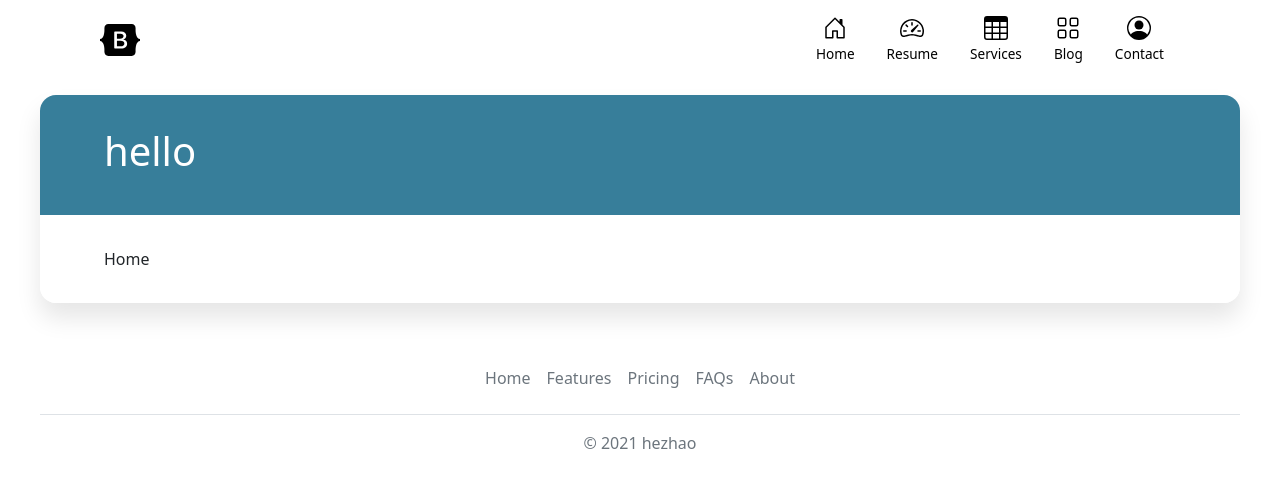
Repository: HeZhao-hugh/personal-web
Page: index.html
The author's editor kept a copy of each file at every save. The page is drawn from the files as they stood at one save, then again after the next save.
The browser window is 1280 px wide. The pictures show the whole page.

Above is the page before, as saved 2022-01-19 18:02:46.

### index.html
<!DOCTYPE html>
<html lang="en">

<head>
    <meta charset="UTF-8">
    <meta http-equiv="X-UA-Compatible" content="IE=edge">
    <meta name="viewport" content="width=device-width, initial-scale=1.0">
    <link href="https://cdn.jsdelivr.net/npm/bootstrap@5.1.3/dist/css/bootstrap.min.css" rel="stylesheet"
        integrity="sha384-1BmE4kWBq78iYhFldvKuhfTAU6auU8tT94WrHftjDbrCEXSU1oBoqyl2QvZ6jIW3" crossorigin="anonymous">
    <script src="https://cdn.jsdelivr.net/npm/bootstrap@5.1.3/dist/js/bootstrap.bundle.min.js"
        integrity="sha384-ka7Sk0Gln4gmtz2MlQnikT1wXgYsOg+OMhuP+IlRH9sENBO0LRn5q+8nbTov4+1p" crossorigin="anonymous">
    </script>

    <!-- Custom styles for this template -->
    <link href="style.css" rel="stylesheet">
    <title>Document</title>
</head>

<body>
    <svg xmlns="http://www.w3.org/2000/svg" style="display: none;">
        <symbol id="bootstrap" viewBox="0 0 118 94">
            <title>Bootstrap</title>
            <path fill-rule="evenodd" clip-rule="evenodd"
                d="M24.509 0c-6.733 0-11.715 5.893-11.492 12.284.214 6.14-.064 14.092-2.066 20.577C8.943 39.365 5.547 43.485 0 44.014v5.972c5.547.529 8.943 4.649 10.951 11.153 2.002 6.485 2.28 14.437 2.066 20.577C12.794 88.106 17.776 94 24.51 94H93.5c6.733 0 11.714-5.893 11.491-12.284-.214-6.14.064-14.092 2.066-20.577 2.009-6.504 5.396-10.624 10.943-11.153v-5.972c-5.547-.529-8.934-4.649-10.943-11.153-2.002-6.484-2.28-14.437-2.066-20.577C105.214 5.894 100.233 0 93.5 0H24.508zM80 57.863C80 66.663 73.436 72 62.543 72H44a2 2 0 01-2-2V24a2 2 0 012-2h18.437c9.083 0 15.044 4.92 15.044 12.474 0 5.302-4.01 10.049-9.119 10.88v.277C75.317 46.394 80 51.21 80 57.863zM60.521 28.34H49.948v14.934h8.905c6.884 0 10.68-2.772 10.68-7.727 0-4.643-3.264-7.207-9.012-7.207zM49.948 49.2v16.458H60.91c7.167 0 10.964-2.876 10.964-8.281 0-5.406-3.903-8.178-11.425-8.178H49.948z">
            </path>
        </symbol>
        <symbol id="Home" viewBox="0 0 16 16">
            <path
                d="M8.354 1.146a.5.5 0 0 0-.708 0l-6 6A.5.5 0 0 0 1.5 7.5v7a.5.5 0 0 0 .5.5h4.5a.5.5 0 0 0 .5-.5v-4h2v4a.5.5 0 0 0 .5.5H14a.5.5 0 0 0 .5-.5v-7a.5.5 0 0 0-.146-.354L13 5.793V2.5a.5.5 0 0 0-.5-.5h-1a.5.5 0 0 0-.5.5v1.293L8.354 1.146zM2.5 14V7.707l5.5-5.5 5.5 5.5V14H10v-4a.5.5 0 0 0-.5-.5h-3a.5.5 0 0 0-.5.5v4H2.5z" />
        </symbol>
        <symbol id="Resume" viewBox="0 0 16 16">
            <path
                d="M8 4a.5.5 0 0 1 .5.5V6a.5.5 0 0 1-1 0V4.5A.5.5 0 0 1 8 4zM3.732 5.732a.5.5 0 0 1 .707 0l.915.914a.5.5 0 1 1-.708.708l-.914-.915a.5.5 0 0 1 0-.707zM2 10a.5.5 0 0 1 .5-.5h1.586a.5.5 0 0 1 0 1H2.5A.5.5 0 0 1 2 10zm9.5 0a.5.5 0 0 1 .5-.5h1.5a.5.5 0 0 1 0 1H12a.5.5 0 0 1-.5-.5zm.754-4.246a.389.389 0 0 0-.527-.02L7.547 9.31a.91.91 0 1 0 1.302 1.258l3.434-4.297a.389.389 0 0 0-.029-.518z" />
            <path fill-rule="evenodd"
                d="M0 10a8 8 0 1 1 15.547 2.661c-.442 1.253-1.845 1.602-2.932 1.25C11.309 13.488 9.475 13 8 13c-1.474 0-3.31.488-4.615.911-1.087.352-2.49.003-2.932-1.25A7.988 7.988 0 0 1 0 10zm8-7a7 7 0 0 0-6.603 9.329c.203.575.923.876 1.68.63C4.397 12.533 6.358 12 8 12s3.604.532 4.923.96c.757.245 1.477-.056 1.68-.631A7 7 0 0 0 8 3z" />
        </symbol>
        <symbol id="Services" viewBox="0 0 16 16">
            <path
                d="M0 2a2 2 0 0 1 2-2h12a2 2 0 0 1 2 2v12a2 2 0 0 1-2 2H2a2 2 0 0 1-2-2V2zm15 2h-4v3h4V4zm0 4h-4v3h4V8zm0 4h-4v3h3a1 1 0 0 0 1-1v-2zm-5 3v-3H6v3h4zm-5 0v-3H1v2a1 1 0 0 0 1 1h3zm-4-4h4V8H1v3zm0-4h4V4H1v3zm5-3v3h4V4H6zm4 4H6v3h4V8z" />
        </symbol>
        <symbol id="Contact" viewBox="0 0 16 16">
            <path d="M11 6a3 3 0 1 1-6 0 3 3 0 0 1 6 0z" />
            <path fill-rule="evenodd"
                d="M0 8a8 8 0 1 1 16 0A8 8 0 0 1 0 8zm8-7a7 7 0 0 0-5.468 11.37C3.242 11.226 4.805 10 8 10s4.757 1.225 5.468 2.37A7 7 0 0 0 8 1z" />
        </symbol>
        <symbol id="Blog" viewBox="0 0 16 16">
            <path
                d="M1 2.5A1.5 1.5 0 0 1 2.5 1h3A1.5 1.5 0 0 1 7 2.5v3A1.5 1.5 0 0 1 5.5 7h-3A1.5 1.5 0 0 1 1 5.5v-3zM2.5 2a.5.5 0 0 0-.5.5v3a.5.5 0 0 0 .5.5h3a.5.5 0 0 0 .5-.5v-3a.5.5 0 0 0-.5-.5h-3zm6.5.5A1.5 1.5 0 0 1 10.5 1h3A1.5 1.5 0 0 1 15 2.5v3A1.5 1.5 0 0 1 13.5 7h-3A1.5 1.5 0 0 1 9 5.5v-3zm1.5-.5a.5.5 0 0 0-.5.5v3a.5.5 0 0 0 .5.5h3a.5.5 0 0 0 .5-.5v-3a.5.5 0 0 0-.5-.5h-3zM1 10.5A1.5 1.5 0 0 1 2.5 9h3A1.5 1.5 0 0 1 7 10.5v3A1.5 1.5 0 0 1 5.5 15h-3A1.5 1.5 0 0 1 1 13.5v-3zm1.5-.5a.5.5 0 0 0-.5.5v3a.5.5 0 0 0 .5.5h3a.5.5 0 0 0 .5-.5v-3a.5.5 0 0 0-.5-.5h-3zm6.5.5A1.5 1.5 0 0 1 10.5 9h3a1.5 1.5 0 0 1 1.5 1.5v3a1.5 1.5 0 0 1-1.5 1.5h-3A1.5 1.5 0 0 1 9 13.5v-3zm1.5-.5a.5.5 0 0 0-.5.5v3a.5.5 0 0 0 .5.5h3a.5.5 0 0 0 .5-.5v-3a.5.5 0 0 0-.5-.5h-3z" />
        </symbol>
    </svg>

    <main>

        <header>
            <div class="px-5 py-2 bg-white text-black">
                <div class="container">
                    <div class="d-flex flex-wrap align-items-center justify-content-center justify-content-lg-start">
                        <a href="/"
                            class="d-flex align-items-center my-2 my-lg-0 me-lg-auto text-black text-decoration-none">
                            <svg class="bi me-2" width="40" height="32" role="img" aria-label="Bootstrap">
                                <use href="#bootstrap" /></svg>
                        </a>

                        <ul class="nav col-12 col-lg-auto my-2 justify-content-center my-md-0 text-small">
                            <li>
                                <a href="#" class="nav-link text-black">
                                    <svg class="bi d-block mx-auto mb-1" width="24" height="24">
                                        <use href="#Home" /></svg>
                                    Home
                                </a>
                            </li>
                            <li>
                                <a href="#" class="nav-link text-black">
                                    <svg class="bi d-block mx-auto mb-1" width="24" height="24">
                                        <use href="#Resume" /></svg>
                                    Resume
                                </a>
                            </li>
                            <li>
                                <a href="#" class="nav-link text-black">
                                    <svg class="bi d-block mx-auto mb-1" width="24" height="24">
                                        <use href="#Services" /></svg>
                                    Services
                                </a>
                            </li>

                            <li>
                                <a href="#" class="nav-link text-black">
                                    <svg class="bi d-block mx-auto mb-1" width="24" height="24">
                                        <use href="#Blog" /></svg>
                                    Blog
                                </a>
                            </li>
                            <li>
                                <a href="#" class="nav-link text-black">
                                    <svg class="bi d-block mx-auto mb-1" width="24" height="24">
                                        <use href="#Contact" /></svg>
                                    Contact
                                </a>
                            </li>
                        </ul>
                    </div>
                </div>
            </div>
        </header>
        <!-- pages -->
        <div class="pages">
            <!-- Home page -->
            <div id="Home" class="page page--active">
                <div class="page_header">
                    <h1>
                        hello
                    </h1>
                </div>
                <div class="page_content">
                    Home
                </div>
            </div>
        </div>


        <footer class="py-3 my-4">
            <ul class="nav justify-content-center border-bottom pb-3 mb-3">
                <li class="nav-item"><a href="#" class="nav-link px-2 text-muted">Home</a></li>
                <li class="nav-item"><a href="#" class="nav-link px-2 text-muted">Features</a></li>
                <li class="nav-item"><a href="#" class="nav-link px-2 text-muted">Pricing</a></li>
                <li class="nav-item"><a href="#" class="nav-link px-2 text-muted">FAQs</a></li>
                <li class="nav-item"><a href="#" class="nav-link px-2 text-muted">About</a></li>
            </ul>
            <p class="text-center text-muted">&copy; 2021 hezhao</p>
        </footer>

    </main>
</body>

</html>

### style.css
  body{
    max-width: 1200px;
    margin: auto;
  }
  .form-control-dark {
    color: #fff;
    background-color: var(--bs-dark);
    border-color: var(--bs-gray);
  }
  .form-control-dark:focus {
    color: #fff;
    background-color: var(--bs-dark);
    border-color: #fff;
    box-shadow: 0 0 0 .25rem rgba(255, 255, 255, .25);
  }

  .bi {
    vertical-align: -.125em;
    fill: currentColor;
  }

  .text-small {
    font-size: 85%;
  }

  .dropdown-toggle {
    outline: 0;
  }

  .pages {
    padding: 15px 0;
    position: relative;
    flex: 1;
  }

  .page {
    display: none;
    position: absolute;
    top: 0;
    left: 0;
    right: 0;
    visibility: hidden;
    opacity: 0;
    border-radius: 16px;
    background: white;
    transition: visibility 0.3s, opacity 0.3s ease-in-out;
    box-shadow: 0px 15px 25px 0px rgba(0,0,0,0.1);
  }
  .page--active {
    display: block;
    position: relative;
    visibility: visible;
    opacity: 1;
  }
  .page_header {
    padding: 32px 64px;
    background-color: #377e9a;
    color: white;
    border-top-left-radius: 16px;
    border-top-right-radius: 16px;
  }
  .page_content {
    padding: 32px 64px;
    background-color: white;
    border-bottom-left-radius: 16px;
    border-bottom-right-radius: 16px;
  }

After the next save:
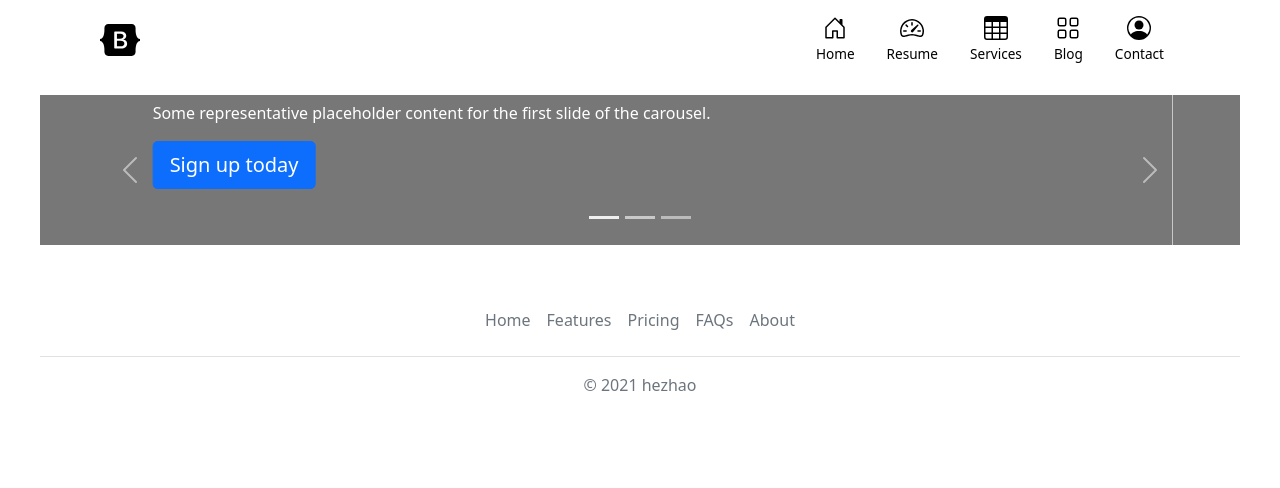
Saved 4 min 52 s later.
--- a/index.html
+++ b/index.html
@@ -106,15 +106,72 @@
         <!-- pages -->
         <div class="pages">
             <!-- Home page -->
-            <div id="Home" class="page page--active">
+            <!-- <div id="Home" class="page page--active">
                 <div class="page_header">
-                    <h1>
-                        hello
-                    </h1>
+                    <img>
                 </div>
                 <div class="page_content">
                     Home
                 </div>
+            </div> -->
+            <div id="myCarousel" class="carousel slide" data-bs-ride="carousel">
+                <div class="carousel-indicators">
+                    <button type="button" data-bs-target="#myCarousel" data-bs-slide-to="0" class="active"
+                        aria-current="true" aria-label="Slide 1"></button>
+                    <button type="button" data-bs-target="#myCarousel" data-bs-slide-to="1"
+                        aria-label="Slide 2"></button>
+                    <button type="button" data-bs-target="#myCarousel" data-bs-slide-to="2"
+                        aria-label="Slide 3"></button>
+                </div>
+                <div class="carousel-inner">
+                    <div class="carousel-item active">
+                        <svg class="bd-placeholder-img" width="100%" height="100%" xmlns="http://www.w3.org/2000/svg"
+                            aria-hidden="true" preserveAspectRatio="xMidYMid slice" focusable="false">
+                            <rect width="100%" height="100%" fill="#777" /></svg>
+
+                        <div class="container">
+                            <div class="carousel-caption text-start">
+                                <h1>Example headline.</h1>
+                                <p>Some representative placeholder content for the first slide of the carousel.</p>
+                                <p><a class="btn btn-lg btn-primary" href="#">Sign up today</a></p>
+                            </div>
+                        </div>
+                    </div>
+                    <div class="carousel-item">
+                        <svg class="bd-placeholder-img" width="100%" height="100%" xmlns="http://www.w3.org/2000/svg"
+                            aria-hidden="true" preserveAspectRatio="xMidYMid slice" focusable="false">
+                            <rect width="100%" height="100%" fill="#777" /></svg>
+
+                        <div class="container">
+                            <div class="carousel-caption">
+                                <h1>Another example headline.</h1>
+                                <p>Some representative placeholder content for the second slide of the carousel.</p>
+                                <p><a class="btn btn-lg btn-primary" href="#">Learn more</a></p>
+                            </div>
+                        </div>
+                    </div>
+                    <div class="carousel-item">
+                        <svg class="bd-placeholder-img" width="100%" height="100%" xmlns="http://www.w3.org/2000/svg"
+                            aria-hidden="true" preserveAspectRatio="xMidYMid slice" focusable="false">
+                            <rect width="100%" height="100%" fill="#777" /></svg>
+
+                        <div class="container">
+                            <div class="carousel-caption text-end">
+                                <h1>One more for good measure.</h1>
+                                <p>Some representative placeholder content for the third slide of this carousel.</p>
+                                <p><a class="btn btn-lg btn-primary" href="#">Browse gallery</a></p>
+                            </div>
+                        </div>
+                    </div>
+                </div>
+                <button class="carousel-control-prev" type="button" data-bs-target="#myCarousel" data-bs-slide="prev">
+                    <span class="carousel-control-prev-icon" aria-hidden="true"></span>
+                    <span class="visually-hidden">Previous</span>
+                </button>
+                <button class="carousel-control-next" type="button" data-bs-target="#myCarousel" data-bs-slide="next">
+                    <span class="carousel-control-next-icon" aria-hidden="true"></span>
+                    <span class="visually-hidden">Next</span>
+                </button>
             </div>
         </div>
 
